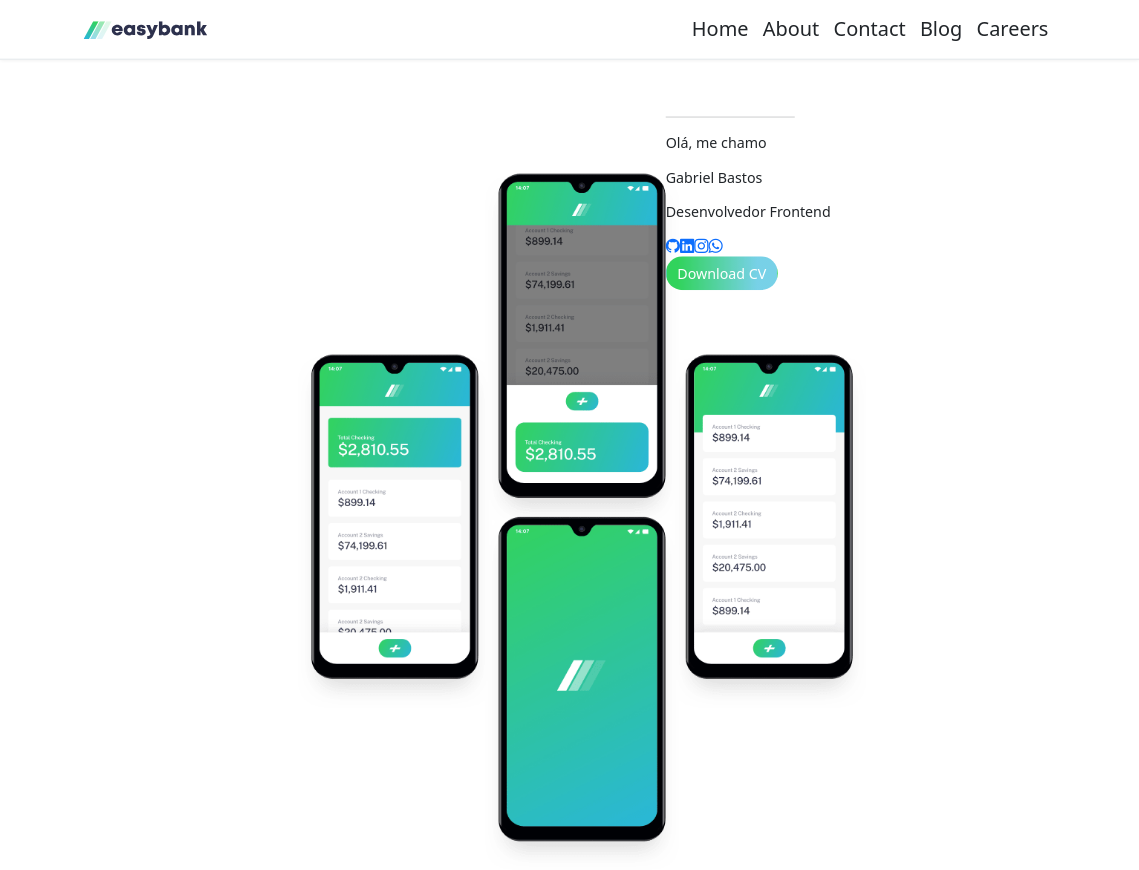
Repository: devbastos/easy-Bank
Page: / (app in frontend/)
An editor plug-in stored every save of this project. The page is shown before and after the next save, followed by the edit.
The browser window is 1280 px wide. The pictures show the whole page, at 89% of full size.
Some web libraries are served in a nearby version. The project was rebuilt for these pictures with package versions that can differ from the ones it lists, and the page was loaded fresh each time.

Above is the page before, as saved 2022-02-04 12:01:35.

### frontend/src/index.html
<!doctype html>
<html lang="en">
<head>
  <meta charset="utf-8">
  <title>Frontend</title>
  <base href="/">
  <meta name="viewport" content="width=device-width, initial-scale=1">
  <link rel="icon" type="image/x-icon" href="favicon.ico">
  <link rel="stylesheet" href="../node_modules/bootstrap/dist/css/bootstrap.css">
  <link rel="stylesheet" href="../node_modules/bootstrap-icons/font/bootstrap-icons.css">
  <!-- CSS only -->
<link href="https://cdn.jsdelivr.net/npm/bootstrap@5.1.3/dist/css/bootstrap.min.css" rel="stylesheet" integrity="sha384-1BmE4kWBq78iYhFldvKuhfTAU6auU8tT94WrHftjDbrCEXSU1oBoqyl2QvZ6jIW3" crossorigin="anonymous">
</head>
<body>
  <app-root></app-root>

  <script src="/node_modules/bootstrap/dist/js/bootstrap.bundle.js" crossorigin="anonymous"></script>
  <!-- JavaScript Bundle with Popper -->
<script src="https://cdn.jsdelivr.net/npm/bootstrap@5.1.3/dist/js/bootstrap.bundle.min.js" integrity="sha384-ka7Sk0Gln4gmtz2MlQnikT1wXgYsOg+OMhuP+IlRH9sENBO0LRn5q+8nbTov4+1p" crossorigin="anonymous"></script>
  <!-- JavaScript Bundle with Popper -->
<script src="https://cdn.jsdelivr.net/npm/bootstrap@5.1.3/dist/js/bootstrap.bundle.min.js" integrity="sha384-ka7Sk0Gln4gmtz2MlQnikT1wXgYsOg+OMhuP+IlRH9sENBO0LRn5q+8nbTov4+1p" crossorigin="anonymous"></script>
</body>
</html>

### frontend/src/app/app.module.ts
import { NgModule } from '@angular/core';
import { BrowserModule } from '@angular/platform-browser';

import { AppRoutingModule } from './app-routing.module';
import { AppComponent } from './app.component';
import { NavbarComponent } from './template/navbar/navbar.component';
import { BrowserAnimationsModule } from '@angular/platform-browser/animations';
import { HeaderComponent } from './template/header/header.component';

@NgModule({
  declarations: [
    AppComponent,
    NavbarComponent,
    HeaderComponent,

  ],
  imports: [
    BrowserModule,
    AppRoutingModule,
    BrowserAnimationsModule
  ],
  providers: [],
  bootstrap: [AppComponent]
})
export class AppModule { }

### frontend/src/app/app.component.ts
import { Component } from '@angular/core';

@Component({
  selector: 'app-root',
  templateUrl:'app.Component.html',
})
export class AppComponent {
  title = 'frontend';
}

### frontend/src/app/app.Component.html
<app-navbar></app-navbar>
<app-header></app-header>

### frontend/src/app/template/navbar/navbar.component.html


    <nav class="navbar navbar-expand-lg navbar-dark  border-bottom shadow-sm">
      <div class="container">
          <a class="navbar-brand" href=""><svg xmlns="http://www.w3.org/2000/svg" width="139" height="20"><defs><linearGradient id="a" x1="72.195%" x2="17.503%" y1="0%" y2="100%"><stop offset="0%" stop-color="#33D35E"/><stop offset="100%" stop-color="#2AB6D9"/></linearGradient></defs><g fill="none" fill-rule="evenodd"><path fill="#2D314D" fill-rule="nonzero" d="M37.754 15.847c2.852 0 5.152-1.622 5.952-4.216h-3.897c-.376.665-1.14 1.066-2.055 1.066-1.237 0-2.065-.674-2.32-1.978h8.44c.051-.352.081-.694.081-1.037 0-3.335-2.537-5.95-6.201-5.95-3.568 0-6.175 2.564-6.175 6.049 0 3.473 2.628 6.066 6.175 6.066zm2.344-7.297h-4.596c.317-1.129 1.11-1.749 2.252-1.749 1.181 0 2 .613 2.344 1.75zm10.946 7.296c1.32 0 2.5-.434 3.43-1.188l.336.804h3.027V4.093h-2.919l-.4.88c-.94-.775-2.135-1.222-3.474-1.222-3.476 0-5.961 2.505-5.961 6.026 0 3.533 2.485 6.07 5.961 6.07zm.524-3.467c-1.467 0-2.545-1.108-2.545-2.593 0-1.475 1.069-2.583 2.545-2.583 1.466 0 2.544 1.108 2.544 2.583 0 1.485-1.078 2.593-2.544 2.593zm13.123 3.467c3.02 0 5.025-1.554 5.025-3.93 0-2.883-2.387-3.256-4.183-3.575-1.08-.193-1.95-.344-1.95-.99 0-.527.422-.838 1.05-.838.71 0 1.197.337 1.197 1.063h3.667c-.044-2.303-1.92-3.843-4.816-3.843-2.912 0-4.854 1.47-4.854 3.75 0 2.757 2.337 3.289 4.1 3.574 1.092.181 1.952.368 1.952 1.024 0 .587-.543.88-1.116.88-.742 0-1.32-.383-1.32-1.214h-3.77c.036 2.463 1.919 4.1 5.018 4.1zm8.1 3.858c2.936 0 4.344-1.257 5.877-4.736l4.764-10.863h-4.206l-2.249 6.263-2.412-6.263H70.31l4.698 10.43c-.53 1.414-.983 1.804-2.48 1.804H71.45v3.365h1.341zm18.504-3.858c3.5 0 5.973-2.515 5.973-6.048S94.796 3.75 91.295 3.75a5.332 5.332 0 00-2.825.784V0H84.6v15.474h2.897l.37-.844c.923.771 2.102 1.216 3.428 1.216zm-.523-3.467c-1.467 0-2.545-1.108-2.545-2.58 0-1.486 1.078-2.594 2.545-2.594 1.466 0 2.544 1.108 2.544 2.593 0 1.473-1.087 2.58-2.544 2.58zm13.598 3.467c1.32 0 2.5-.434 3.43-1.188l.336.804h3.027V4.093h-2.918l-.401.88c-.939-.775-2.135-1.222-3.474-1.222-3.476 0-5.96 2.505-5.96 6.026 0 3.533 2.484 6.07 5.96 6.07zm.524-3.467c-1.467 0-2.545-1.108-2.545-2.593 0-1.475 1.07-2.583 2.545-2.583 1.467 0 2.545 1.108 2.545 2.583 0 1.485-1.078 2.593-2.545 2.593zm12.653 3.095V9.403c0-1.447.702-2.3 1.923-2.3.986 0 1.483.657 1.483 1.98v6.39h3.915V8.543c0-2.897-1.733-4.773-4.373-4.773-1.47 0-2.733.565-3.58 1.508l-.537-1.172h-2.747v11.369h3.916zm13.748 0v-4.808l2.848 4.808h4.616l-3.902-5.95 3.543-5.419h-4.397l-2.708 4.454V0h-3.916v15.474h3.916z"/><g fill="url(#a)"><path d="M10.802 0L0 19.704h5.986L16.789 0z"/><path opacity=".5" d="M18.171 0L7.368 19.704h5.986L24.157 0z"/><path opacity=".15" d="M25.539 0L14.737 19.704h5.986L31.525 0z"/></g></g></svg></a>
          <button class="navbar-toggler" type="button" data-bs-toggle="collapse" data-bs-target=".navbar-collapse">
            <svg xmlns="http://www.w3.org/2000/svg" width="30" height="30" fill="currentColor" class="bi bi-list" viewBox="0 0 16 16">
              <path fill-rule="evenodd" d="M2.5 12a.5.5 0 0 1 .5-.5h10a.5.5 0 0 1 0 1H3a.5.5 0 0 1-.5-.5zm0-4a.5.5 0 0 1 .5-.5h10a.5.5 0 0 1 0 1H3a.5.5 0 0 1-.5-.5zm0-4a.5.5 0 0 1 .5-.5h10a.5.5 0 0 1 0 1H3a.5.5 0 0 1-.5-.5z"/>
            </svg>
          </button>
          <div class="navbar-collapse collapse">
              <ul class="navbar-nav flex-grow-1 ">

              </ul>

              <div class="align-self-center">
                  <ul class="navbar-nav">
                    <li class="nav-item">
                      <a class="nav-link text-dark text-dark" aria-current="page" href="#">Home</a>
                    </li>
                    <li class="nav-item">
                      <a class="nav-link text-dark" href="#">About</a>
                    </li>
                    <li class="nav-item">
                      <a class="nav-link text-dark" href="#">Contact</a>
                    </li>
                    <li class="nav-item">
                      <a class="nav-link text-dark">Blog</a>
                    </li>
                    <li class="nav-item">
                        <a class="nav-link text-dark">Careers</a>
                      </li>
                  </ul>
              </div>

              <!-- <div class="align-self-end">
                <ul class="navbar-nav">
                  <li class="nav-item" id="btn">
                      <a class="nav-link" href="">Request Invite</a>
                  </li>
              </ul>
              </div> -->
          </div>
      </div>
  </nav>

### frontend/src/app/template/navbar/navbar.component.css
.navbar-toggler {
  color: black;
  margin-right: 1.5rem;
}

.nav-link {
  font-size: 1.4rem;
}

.nav-item :hover {
  text-decoration: overline 3px #31d35c9c;
  transform: scale(1, 1);
  transition: 0.3s ease;
}
/*
#btn {
  background: 50% rgb(45, 49, 77);
  background: 50%
    linear-gradient(
      90deg,
      rgba(45, 49, 77, 0.719) 24%,
      #31d35c9c 51%,
      rgba(43, 183, 218, 0.664) 100%
    );
  color: #fff;
  border-radius: 10rem;
  margin-left: 5rem;
} */

### frontend/src/app/template/header/header.component.html
<!-- <div class="container-fluid bg-light">
    <div class="container">


        <div class="row">
            <div class="col-xxl-4 xol-xl-4 col-md-6 col-sm-12 mt-5 textos">
                <h1>Next generation digital banKing</h1>

                <p>take your financial life online. Your Easybank account <br>
                    will be a one-stop-shop for spending.saving.<br>
                    budgeting.investing. and much more.
                </p>

                <button type="button" class="btn">Request Invite</button>
            </div>


                <img src="/assets/images/image-mockups.png" alt="">

        </div>
    </div>
</div> -->
<div class="container mt-5">
    <div class="row">
        <div class="col-xxl-6 col-xl-6 col-sm-12 col-md-12 col-12 me-5">
            <img src="/assets/images/image-mockups.png" alt="morkup easebank">
        </div>

        <div class="col-xxl-4 col-xl-4 col-sm-12 col-md-12 col-12 ms-5">
            <!-- <img src="/assets/img/intro.png" class="img-fluid img_intro" alt="olá me chamo Gabriel Bastos Barbosa, Desenvolvedor frontend"> -->
            <hr class="col-5">

                    <p> Olá, me chamo</p>
                    <p> Gabriel Bastos</p>
                    <p class="lh-sm"> Desenvolvedor Frontend</p>

                <a class="icon_github" href="https://github.com/devbastos"><i class="bi bi-github"></i></a>
                <a href="https://www.linkedin.com/in/gabriel-bastos-barbosa-2315b71b9/"><i class="bi bi-linkedin"></i></a>
                <a href="https://instagram.com/bastos_gabriel13?utm_medium=copy_link"><i class="bi bi-instagram"></i></a>
                <a href="https://api.whatsapp.com/send?phone=5511971868122&text=Ol%C3%A1%2CGabriel"><i class="bi bi-whatsapp"></i></a>

                <div class="col-5" >
                   <a  id="sobre" href="https://drive.google.com/file/d/1gLL8huQNl-4CdMbztB3dzvig6tl36Kr9/view?usp=sharing" target="_blank"><button  type="button" class="btn">Download CV</button></a>
                </div>
            </div>
        </div>

</div>

### frontend/src/app/template/header/header.component.css
img {
  max-width: 40rem;
  margin-top: 5rem;
  margin-left: 15rem;
  display: inline-block;
}

.btn {
  color: white;
  border-radius: 10rem;
  background: rgb(49, 211, 92);
  background: linear-gradient(
    90deg,
    rgba(49, 211, 92, 1) 10%,
    rgba(43, 183, 218, 0.6397030279503105) 82%
  );
}

Loaded but not shown: frontend/src/main.ts (common file); frontend/src/environments/environment.ts (common file); frontend/src/app/app-routing.module.ts (common file); frontend/src/app/template/navbar/navbar.component.ts (common file); frontend/src/app/template/header/header.component.ts (common file)

After the next save:
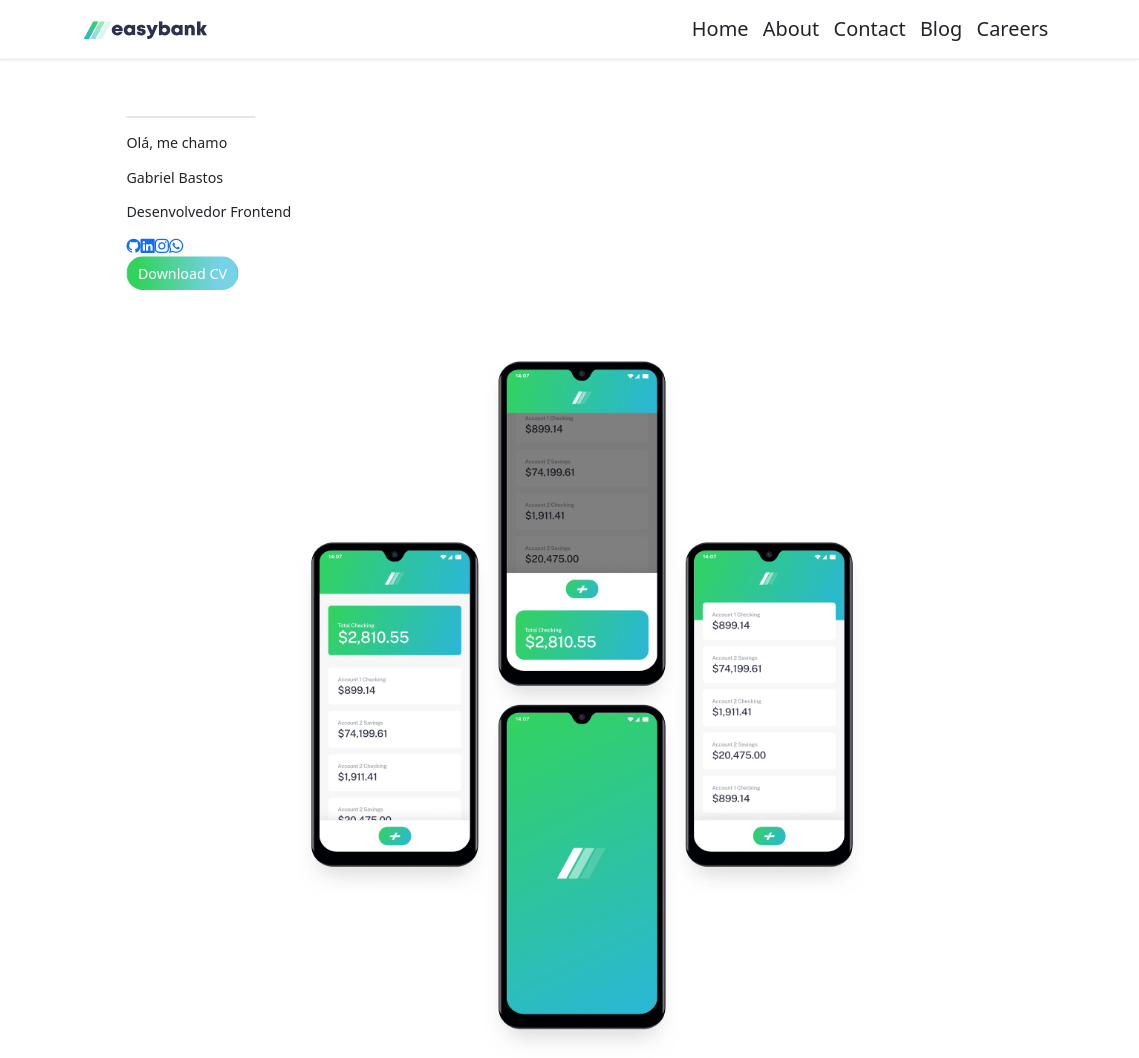
Saved 41 s later.
--- a/frontend/src/app/template/header/header.component.html
+++ b/frontend/src/app/template/header/header.component.html
@@ -22,9 +22,7 @@
 </div> -->
 <div class="container mt-5">
     <div class="row">
-        <div class="col-xxl-6 col-xl-6 col-sm-12 col-md-12 col-12 me-5">
-            <img src="/assets/images/image-mockups.png" alt="morkup easebank">
-        </div>
+
 
         <div class="col-xxl-4 col-xl-4 col-sm-12 col-md-12 col-12 ms-5">
             <!-- <img src="/assets/img/intro.png" class="img-fluid img_intro" alt="olá me chamo Gabriel Bastos Barbosa, Desenvolvedor frontend"> -->
@@ -45,4 +43,7 @@
             </div>
         </div>
 
+        <div class="col-xxl-6 col-xl-6 col-sm-12 col-md-12 col-12 me-5">
+            <img src="/assets/images/image-mockups.png" alt="morkup easebank">
+        </div>
 </div>
